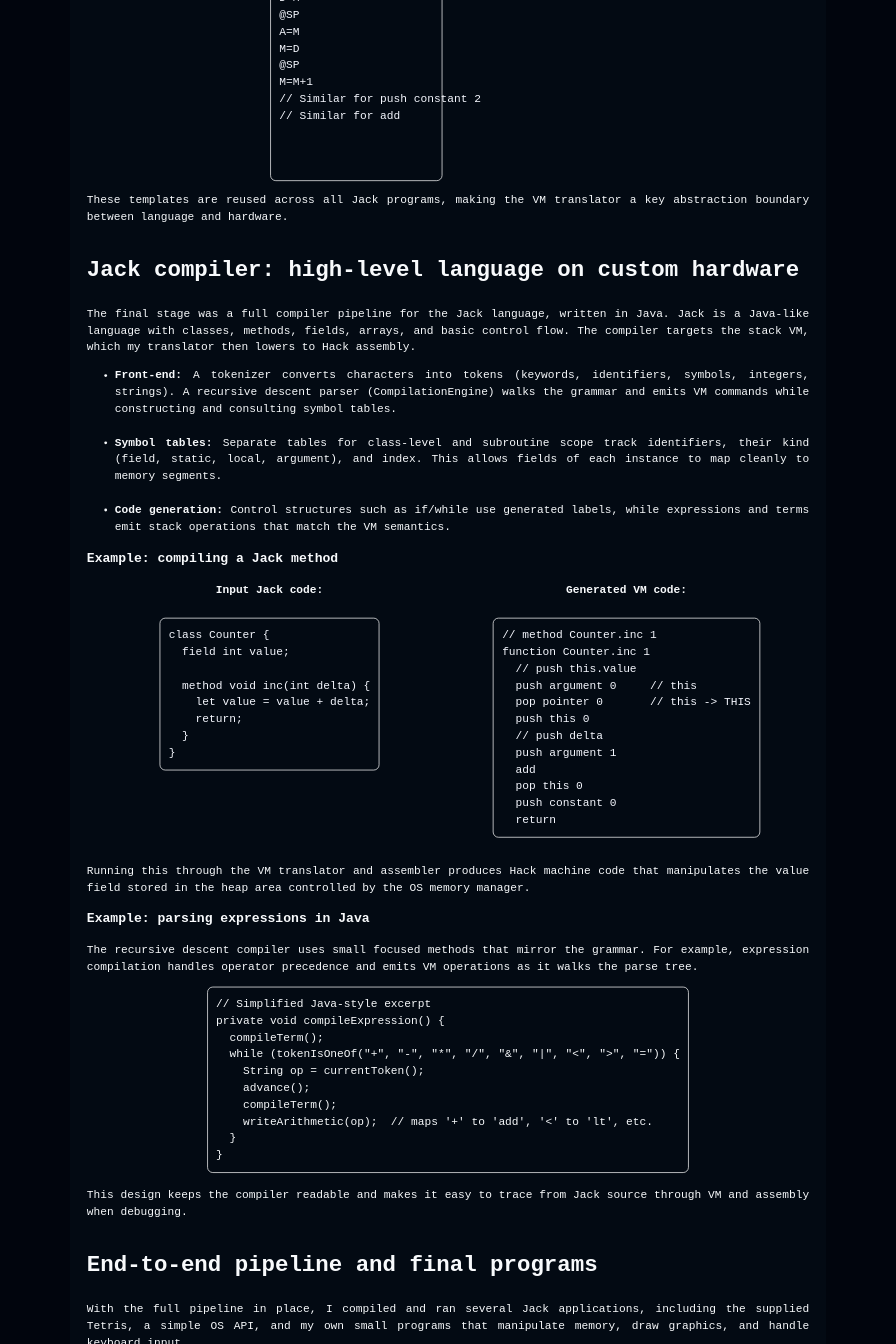
Repository: Abdulaziz-04/Abdulaziz-04.github.io
Page: deepdives/backend_systems/nand2tetris/nand2tetris.html
The author's editor kept a copy of each file at every save. The page is drawn from the files as they stood at one save, then again after the next save.
The browser window is 1280 px wide. The pictures show the part of the page from y = 3882 to 5802 px (the page is 6446 px tall before and 6582 px after), at 70% of full size.

Above is the page before, as saved 2025-11-20 21:31:52.

After the next save:
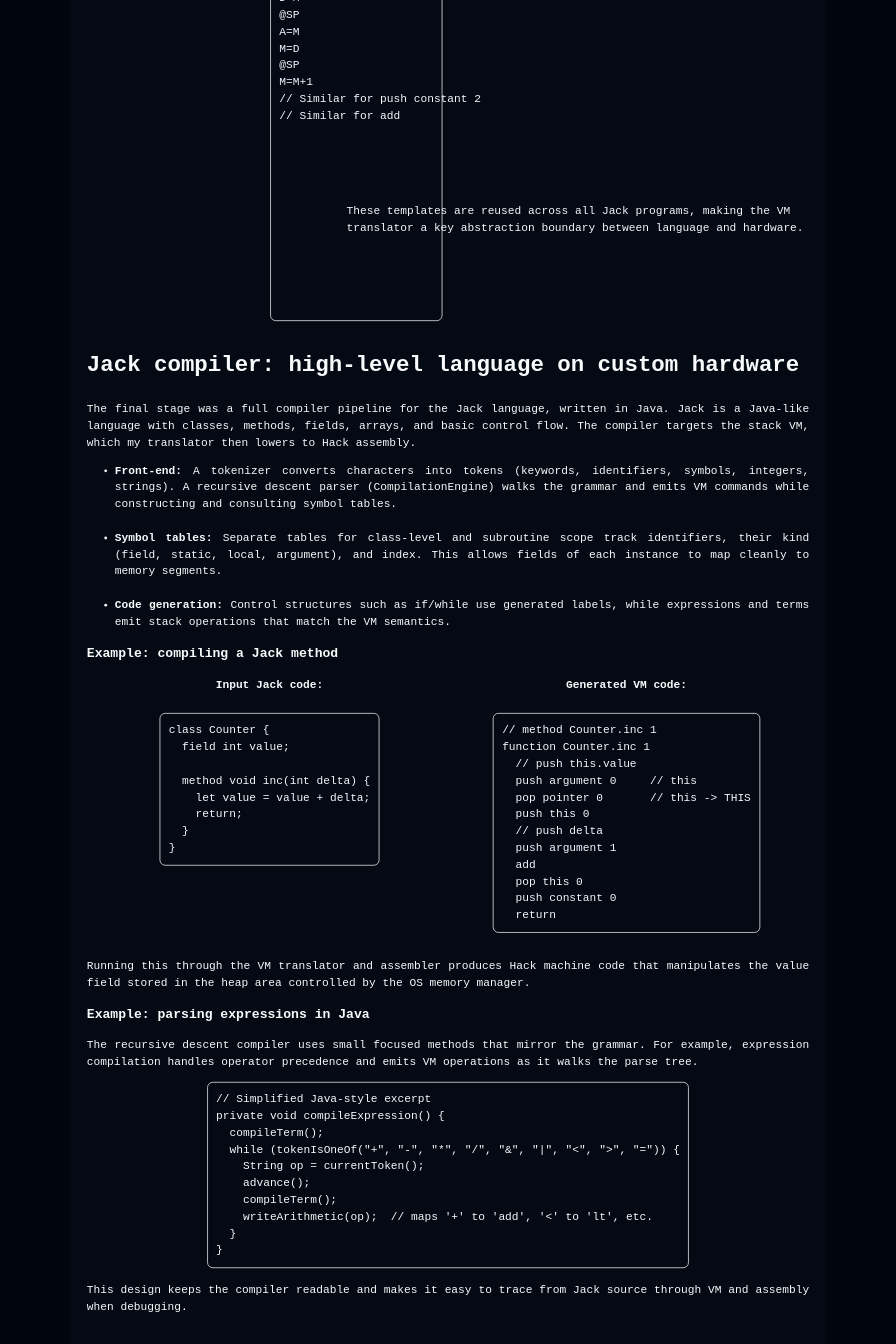
Saved 4 s later.
--- a/deepdives/backend_systems/nand2tetris/nand2tetris.html
+++ b/deepdives/backend_systems/nand2tetris/nand2tetris.html
@@ -411,8 +411,6 @@ M=M+1
 // Similar for push constant 2
 // Similar for add
 
-          </div>
-        </div>
 
         <p>
           These templates are reused across all Jack programs, making the VM
